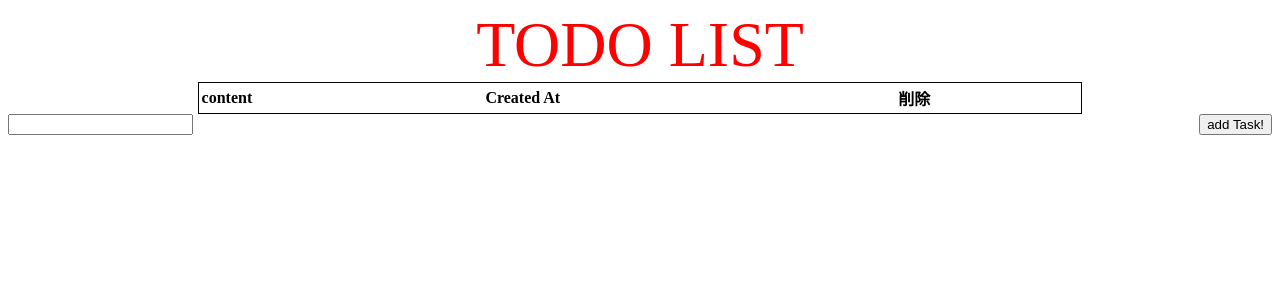
Repository: WistreHosshii/hacathon_todolList
Page: /
The author's editor kept a copy of each file at every save. The page is drawn from the files as they stood at one save, then again after the next save.
The browser window is 1280 px wide. The pictures show the whole page.
The page's requests for data from a server got no answer. The project was rebuilt for these pictures with package versions that can differ from the ones it lists, and the page was loaded fresh each time. No one was signed in, and anything a server would have sent is missing.

Above is the page before, as saved 2019-06-11 00:09:28.

### index.html
<!DOCTYPE html>
<html lang="ja">

<head>
    <meta charset="UTF-8">
    <meta name="viewport" content="width=device-width, initial-scale=1.0">
    <meta http-equiv="X-UA-Compatible" content="ie=edge">
    <title>Document</title>
    <!-- <link rel="stylesheet" href="./index.css"> -->
</head>

<body>
    <div id="root"></div>
    <script src="./index.tsx"></script>
</body>

</html>

### App.tsx
import React, { Component } from 'react';
import { get, post, deleteTask } from './axios';
import styled from 'styled-components';

const CustomizedText = styled.div`
  font-size: 4rem;
  color: red;
  text-align: center;
`;
const Body = styled.div`
  width: 100%;
  font-size: 1rem;
`;
const JobTable = styled.table`
  text-align: left;
  margin: 0 auto;
  width: 70%;
  border: solid 1px black;
`;
const Button = styled.button`
  display: block;
  float: right;
  clear: both;
`;
interface Props {}
interface State {
  todos: Todo[];
  value: string;
}

export default class App extends Component<Props, State> {
  constructor(props: any) {
    super(props);
    this.state = {
      todos: [],
      value: '',
    };
    this.handleChange = this.handleChange.bind(this);
  }

  componentDidMount() {
    get().then(response => {
      const todos: Todo[] = response.data.todos;
      this.setState({ todos });
    });
  }
  addTaskHandler() {
    if (this.state.value !== '') {
      post(this.state.value).then(response => {
        const todo: Todo = response.data;
        this.setState(state => ({ todos: [...state.todos, todo] }));
        this.setState({ value: '' });
      });
    }
  }
  deleteTaskHandler(id: string) {
    deleteTask(id).then(response => {
      const todos = this.state.todos.filter(v => v.id !== id);
      this.setState({ todos });
    });
  }
  handleChange(event: any) {
    this.setState({ value: event.target.value });
  }

  render() {
    return (
      <Body>
        <div className="todoList">
          <CustomizedText>TODO LIST</CustomizedText>
          <div className="contents">
            <JobTable>
              <tbody>
                <tr>
                  <th>content</th>
                  <th>Created At</th>
                  <th>削除</th>
                </tr>

                {this.state.todos.reverse().map((todo, i) => {
                  return (
                    <tr key={i}>
                      <td>{todo.content}</td>
                      <td>{new Date(todo.createdAt).toLocaleString()}</td>
                      <td>
                        <button
                          onClick={() => {
                            this.deleteTaskHandler(todo.id);
                          }}
                        >
                          削除!
                        </button>
                      </td>
                    </tr>
                  );
                })}
              </tbody>
            </JobTable>
          </div>
          <div className="computeTaskWrapper">
            <input type="text" value={this.state.value} onChange={this.handleChange} />
            <Button
              className="btn"
              onClick={() => {
                this.addTaskHandler();
              }}
            >
              add Task!
            </Button>
          </div>
        </div>
      </Body>
    );
  }
}

### axios.tsx
import axios from 'axios';
import App from './App';

const url = 'http://hackathon-test-server.jichoup.trap.show/';
export const get = () => {
  return axios.get(url);
};
export const post = (value: string) => {
  const content: TodoList.Post.Request = { content: value };
  return axios.post(url, content);
};
export const deleteTask = (_id: string) => {
  const id: TodoList.Delete.Request = { id: _id };
  return axios.delete(url, { data: id });
};

Loaded but not shown: index.tsx (common file)

After the next save:
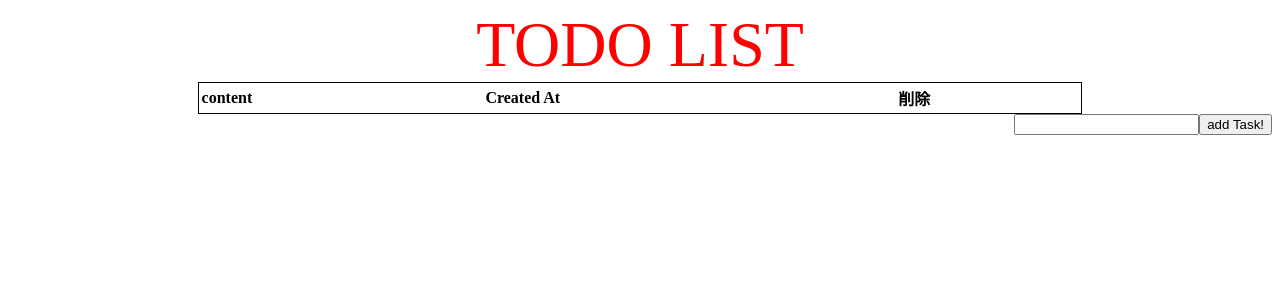
Saved 34 s later.
--- a/App.tsx
+++ b/App.tsx
@@ -17,7 +17,7 @@ const JobTable = styled.table`
   width: 70%;
   border: solid 1px black;
 `;
-const Button = styled.button`
+const Button = styled.div`
   display: block;
   float: right;
   clear: both;
@@ -97,17 +97,17 @@ export default class App extends Component<Props, State> {
               </tbody>
             </JobTable>
           </div>
-          <div className="computeTaskWrapper">
+          <Button className="computeTaskWrapper">
             <input type="text" value={this.state.value} onChange={this.handleChange} />
-            <Button
+            <button
               className="btn"
               onClick={() => {
                 this.addTaskHandler();
               }}
             >
               add Task!
-            </Button>
-          </div>
+            </button>
+          </Button>
         </div>
       </Body>
     );
